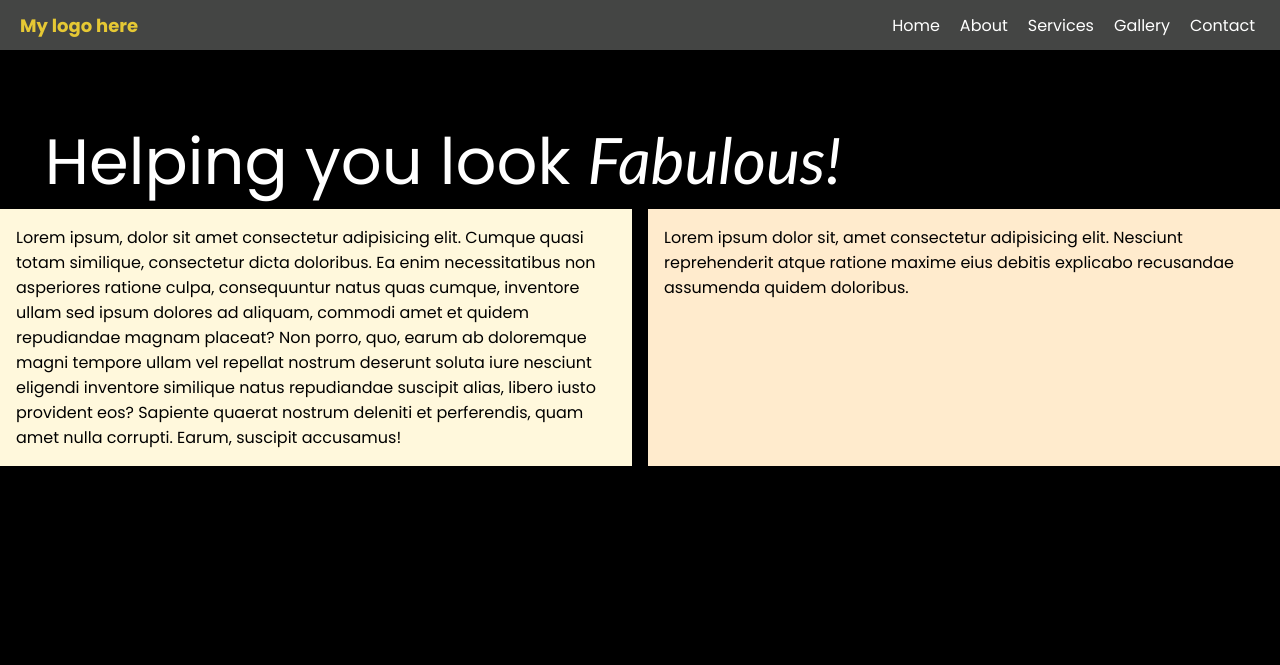
Repository: buzzedison/gardens
Page: index.html
An editor plug-in stored every save of this project. The page is shown before and after the next save, followed by the edit.
The browser window is 1280 px wide. The pictures show the whole page.

Above is the page before, as saved 2022-01-12 18:07:49.

After the next save:
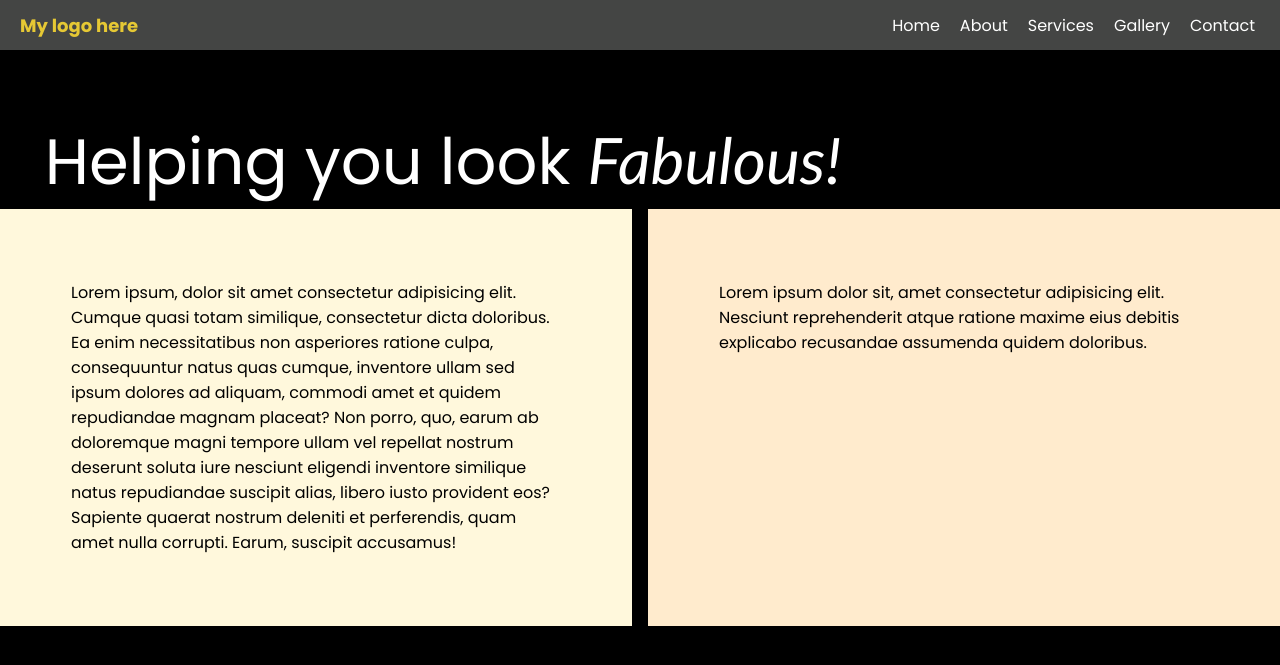
Saved 8 min 27 s later.
--- a/index.html
+++ b/index.html
@@ -42,8 +42,8 @@
             <section1>
                 <p class="section-title">Helping you look  <span id="fab">Fabulous!</span></p>
                 <div class="grid">
-                    <div class="text-grid">
-                        Lorem ipsum, dolor sit amet consectetur adipisicing elit.
+                    <div>
+                        <p class="text-grid">Lorem ipsum, dolor sit amet consectetur adipisicing elit.
                          Cumque quasi totam similique, consectetur dicta doloribus.
                          Ea enim necessitatibus non asperiores ratione culpa,
                          consequuntur natus quas cumque, inventore ullam sed ipsum
@@ -53,12 +53,14 @@
                           natus repudiandae suscipit alias, libero iusto provident eos?
                            Sapiente quaerat nostrum deleniti et perferendis,
                         quam amet nulla corrupti. Earum, suscipit accusamus!
+
                     </div>
 
                     <div>
+                        <p class="text-grid">
                         Lorem ipsum dolor sit, amet consectetur adipisicing elit.
                         Nesciunt reprehenderit atque ratione maxime eius
-                        debitis explicabo recusandae assumenda quidem doloribus.
+                        debitis explicabo recusandae assumenda quidem doloribus. </p>
                     </div>
                 </div>
             </section1>
